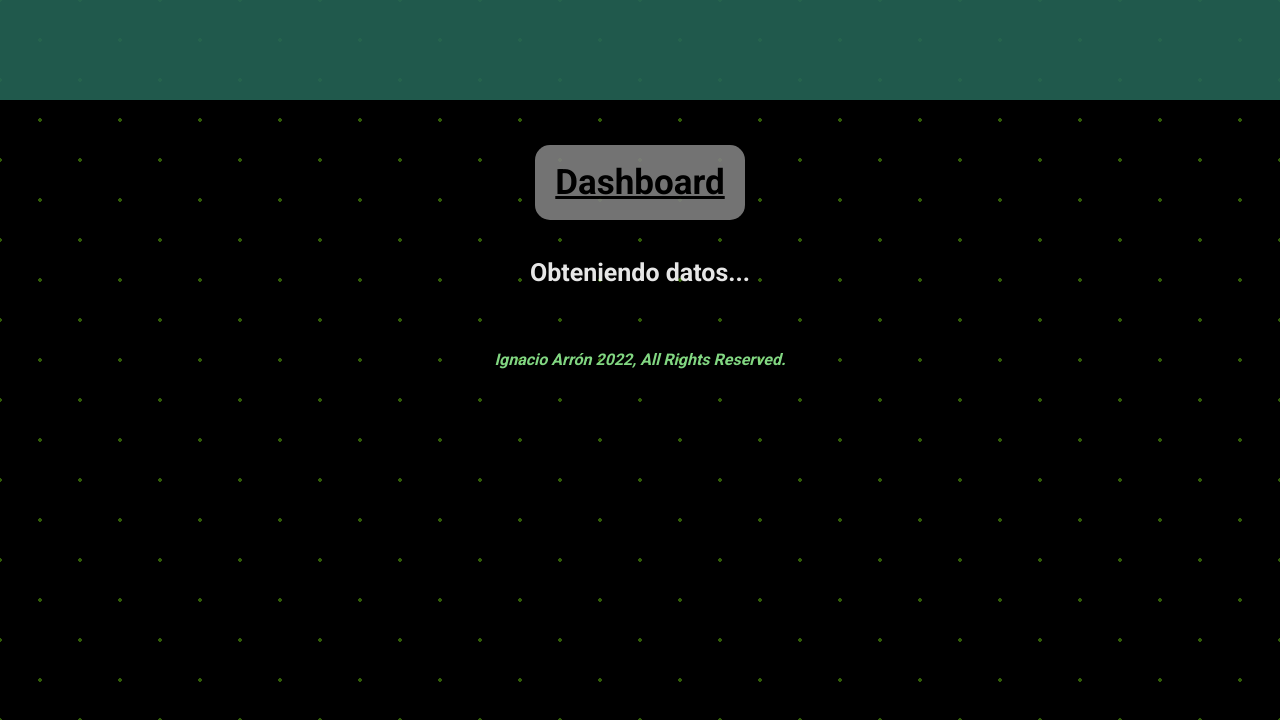
Repository: Divineridh/lppa-parcial2
Page: dashboard.html
These files come from the project's save history. The page is drawn as it stood at one moment and after the next save; the edit follows.
The browser window is 1280 px wide. The pictures show the whole page.
The page's requests for data from a server got no answer.

Above is the page before, as saved 2022-07-04 20:52:59.

After the next save:
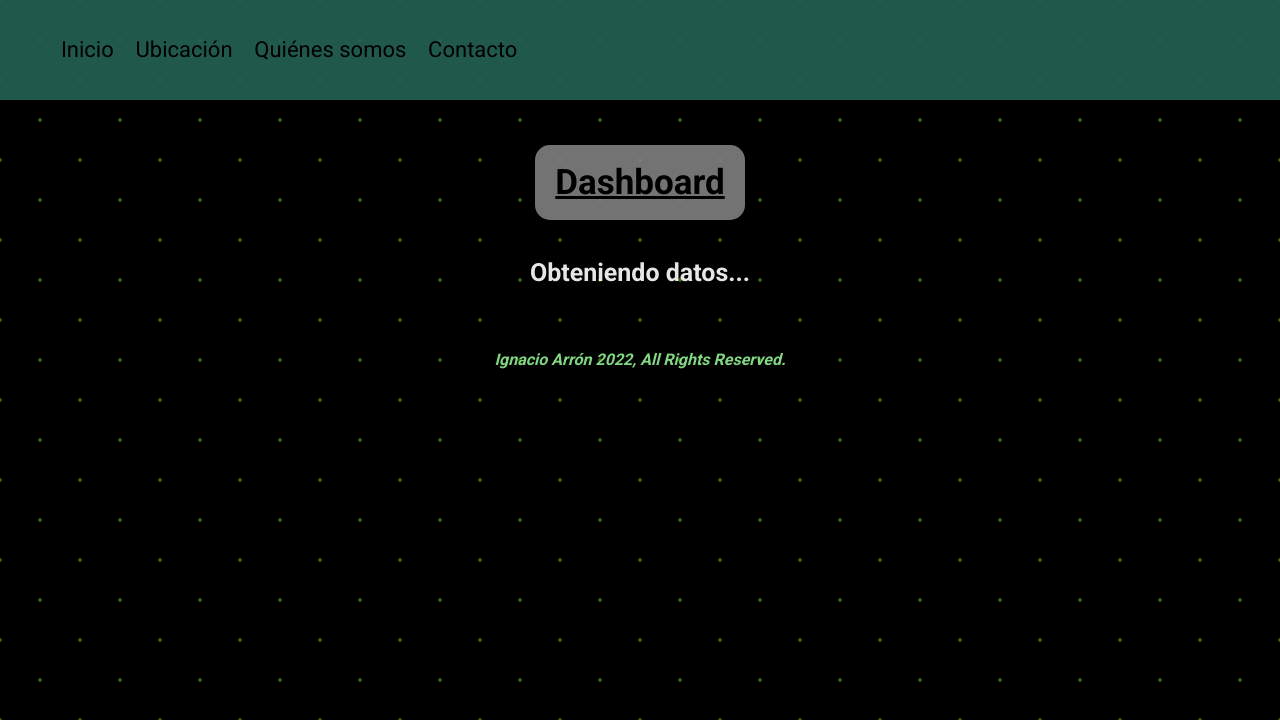
Saved 13 s later.
--- a/dashboard.html
+++ b/dashboard.html
@@ -14,6 +14,10 @@
 <body>
     <header>
         <nav>
+            <a href="#" target="_blank">Inicio</a>
+            <a href="#" target="_blank">Ubicación</a>
+            <a href="#" target="_blank">Quiénes somos</a>
+            <a href="#" target="_blank">Contacto</a>
             <i id="logout" class="fa-solid fa-arrow-right-from-bracket"></i>
         </nav>
     </header>
